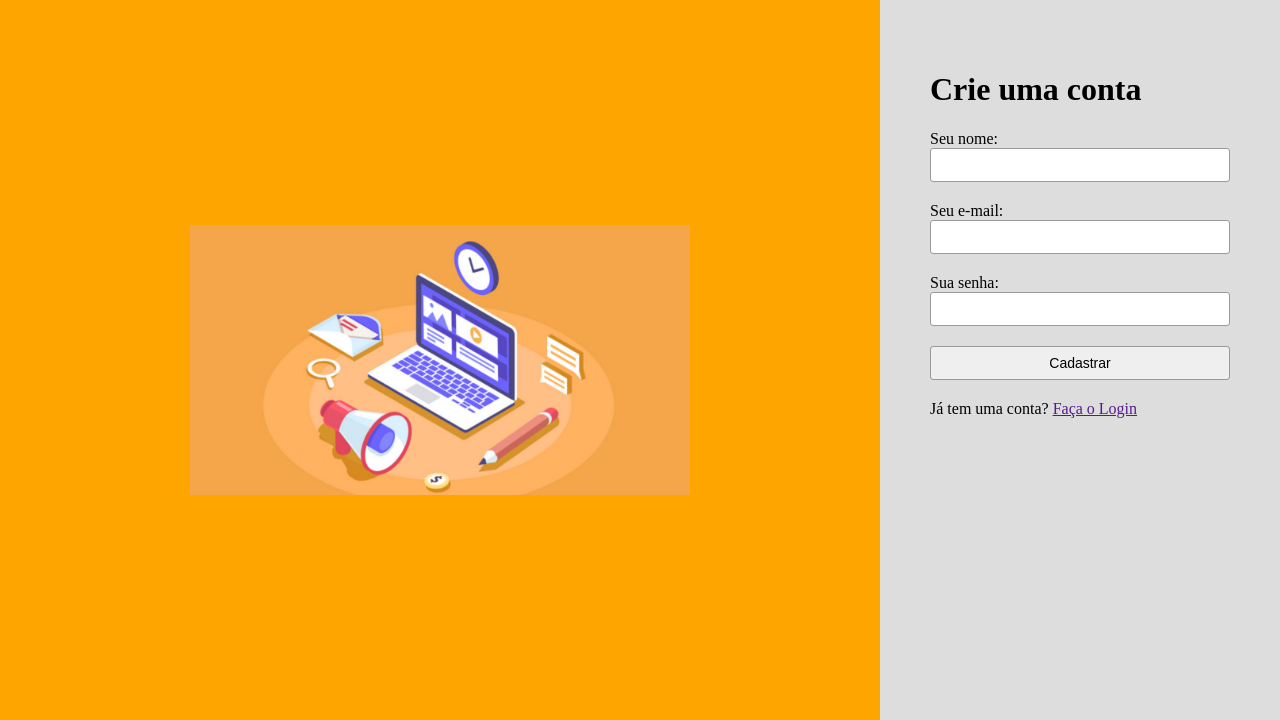
Repository: rafavirginio/tela-de-login
Page: index.html
An editor plug-in stored every save of this project. The page is shown before and after the next save, followed by the edit.
The browser window is 1280 px wide. The pictures show the whole page.

Above is the page before, as saved 2020-09-15 18:03:03.

After the next save:
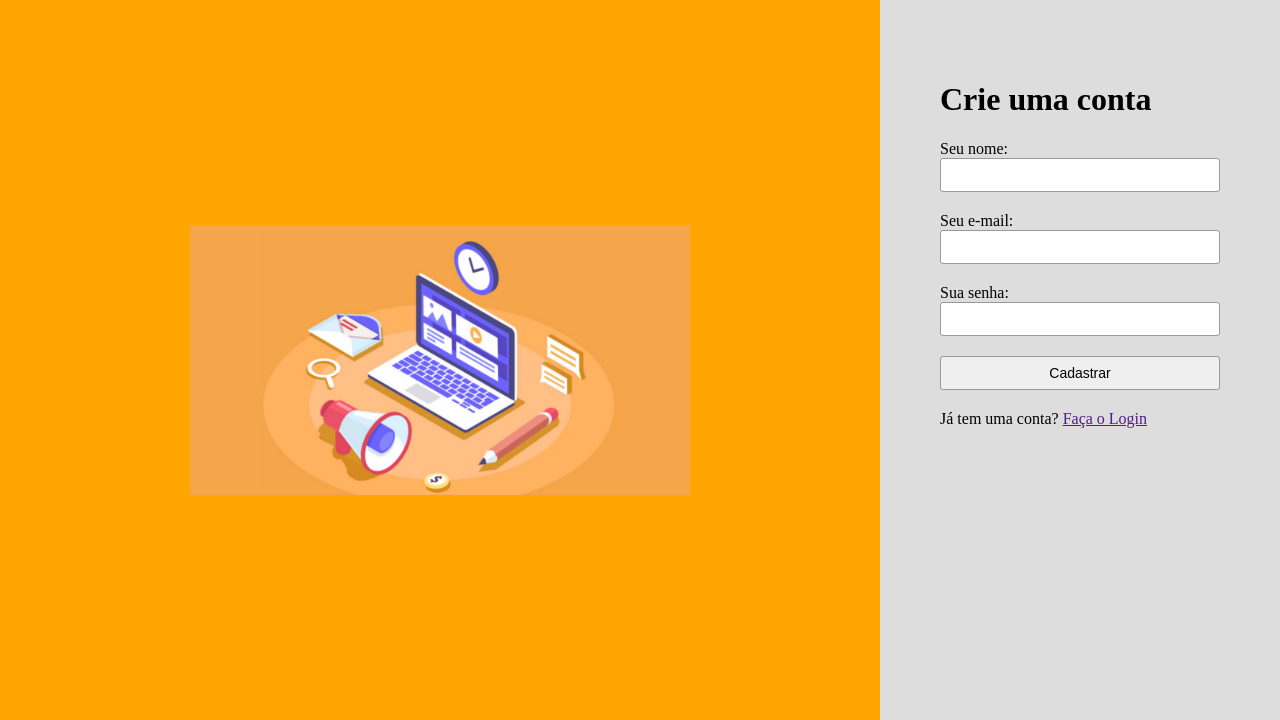
Saved 7 s later.
--- a/style.css
+++ b/style.css
@@ -29,7 +29,7 @@ body {
 .rightside {
     width: 400px;
     background-color: #DDD;
-    padding: 50px;
+    padding: 60px;
 }
 
 .rightside label {
